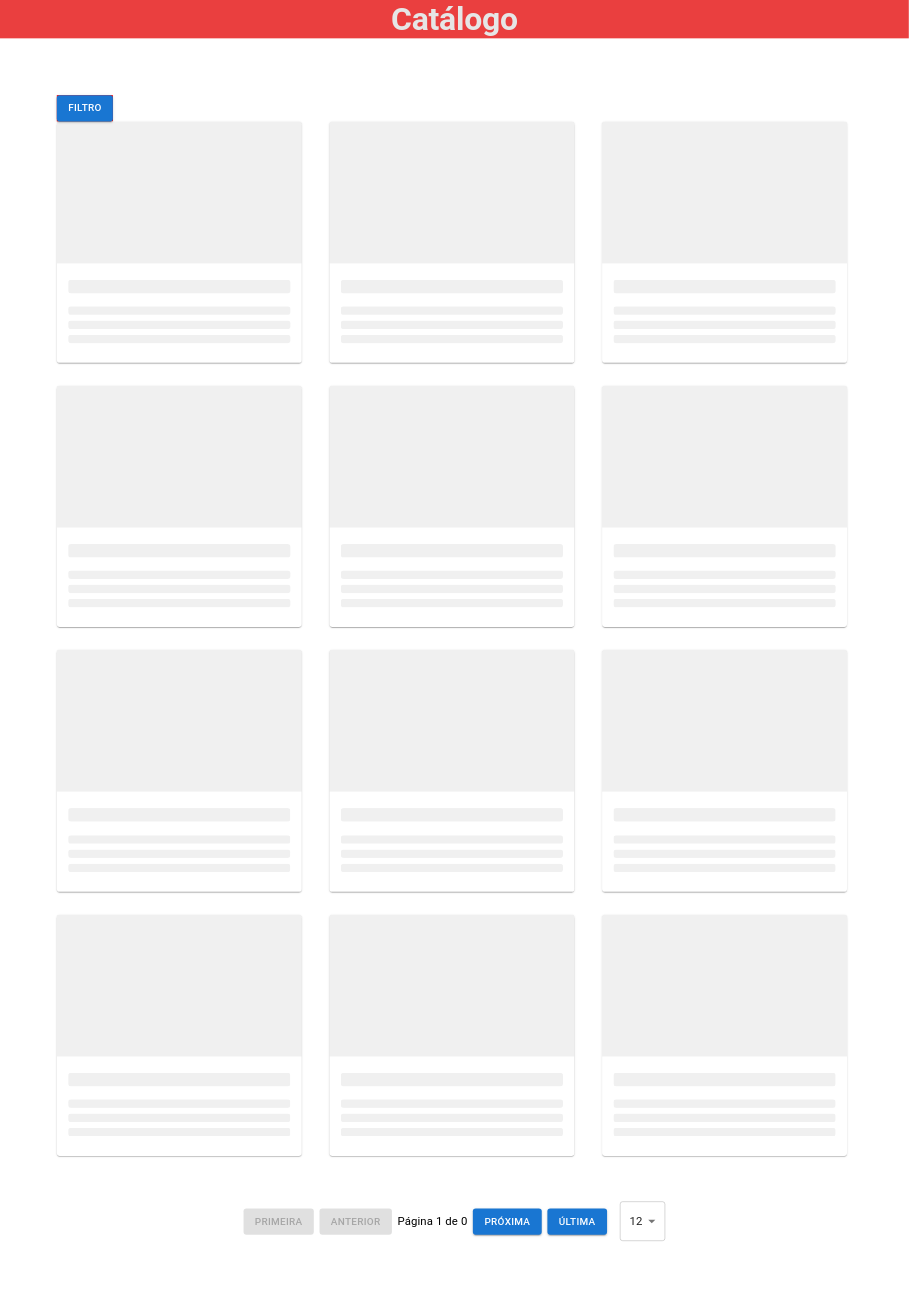
Repository: lenx0/PokeWiki-Front
Page: /
An editor plug-in stored every save of this project. The page is shown before and after the next save, followed by the edit.
The browser window is 1280 px wide. The pictures show the whole page, at 71% of full size.
The page's requests for data from a server got no answer. The project was rebuilt for these pictures with package versions that can differ from the ones it lists, and the page was loaded fresh each time. The framework's server and built-in components were replaced by stand-ins that run in the browser. No one was signed in, and anything a server would have sent is missing. Also part of the build but not shown: next.config.mjs.

Above is the page before, as saved 2024-02-17 12:18:41.

After the next save:
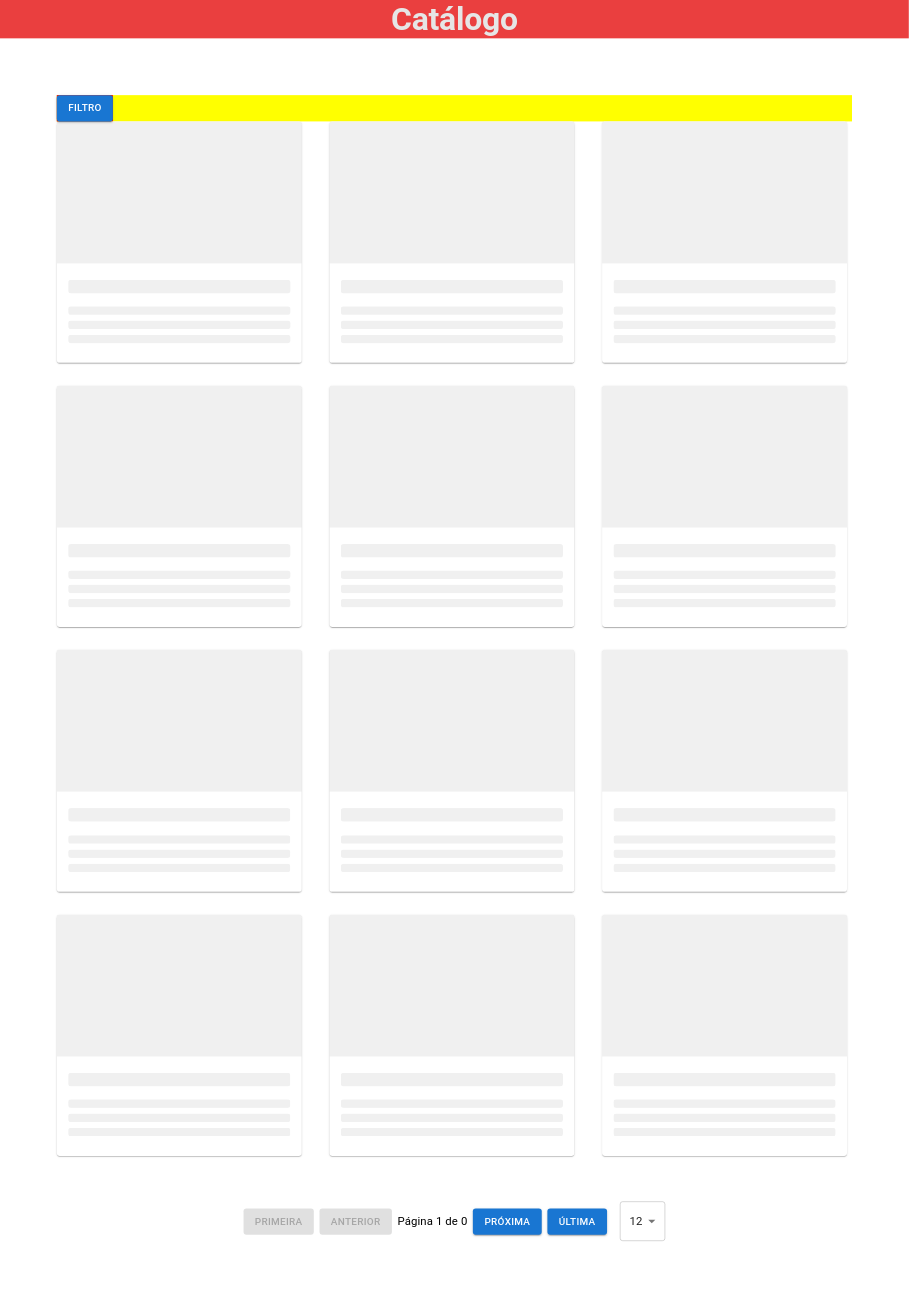
Saved 16 s later.
--- a/src/app/components/Cards/index.jsx
+++ b/src/app/components/Cards/index.jsx
@@ -54,7 +54,7 @@ export default function Cards() {
 
   return (
     <>
-      <Grid container xl={12}>
+      <Grid container xl={12} backgroundColor="yellow">
         <Grid item xl={12} backgroundColor="red">
           <Button variant="contained">Filtro</Button>
         </Grid>
